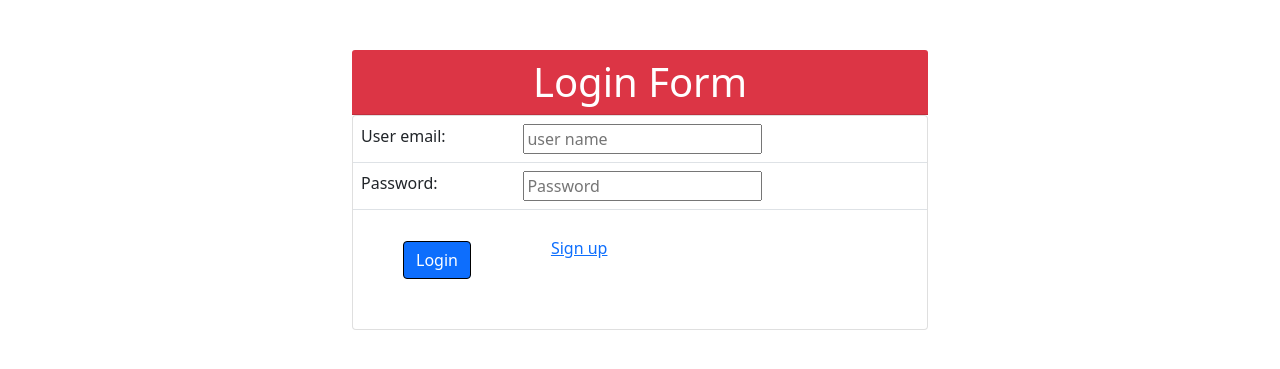
Repository: Hari-mani-don/JavaDynamicProjectWorkspace
Page: AddUpdateDelete/src/main/webapp/index.html
An editor plug-in stored every save of this project. The page is shown before and after the next save, followed by the edit.
The browser window is 1280 px wide. The pictures show the whole page.

Above is the page before, as saved 2024-05-13 20:01:06.

After the next save:
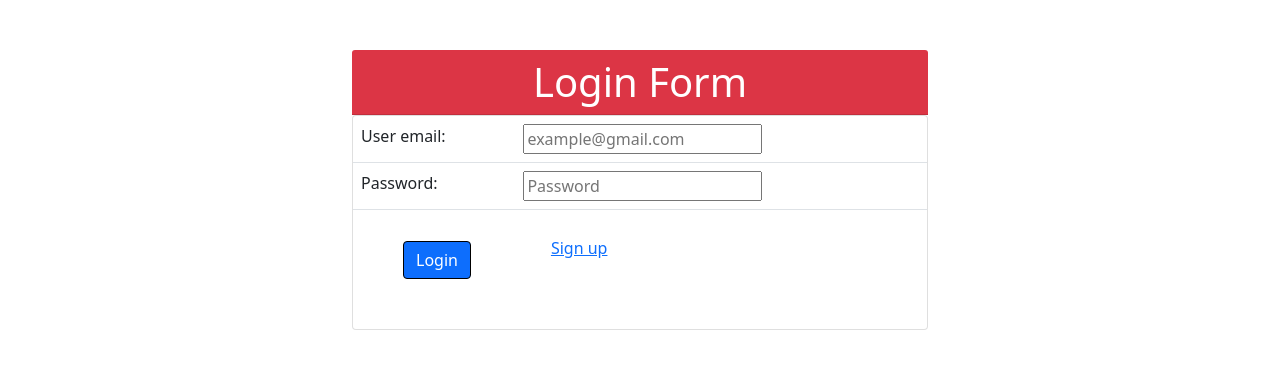
Saved 10 s later.
--- a/AddUpdateDelete/src/main/webapp/index.html
+++ b/AddUpdateDelete/src/main/webapp/index.html
@@ -35,7 +35,7 @@
 				<tr>
 					<td>User email:</td>
 					<td><input type="text" id="name" name="userName"
-						placeholder="user name" required></td>
+						placeholder="example@gmail.com" required></td>
 				</tr>
 				<tr>
 					<td>Password:</td>
